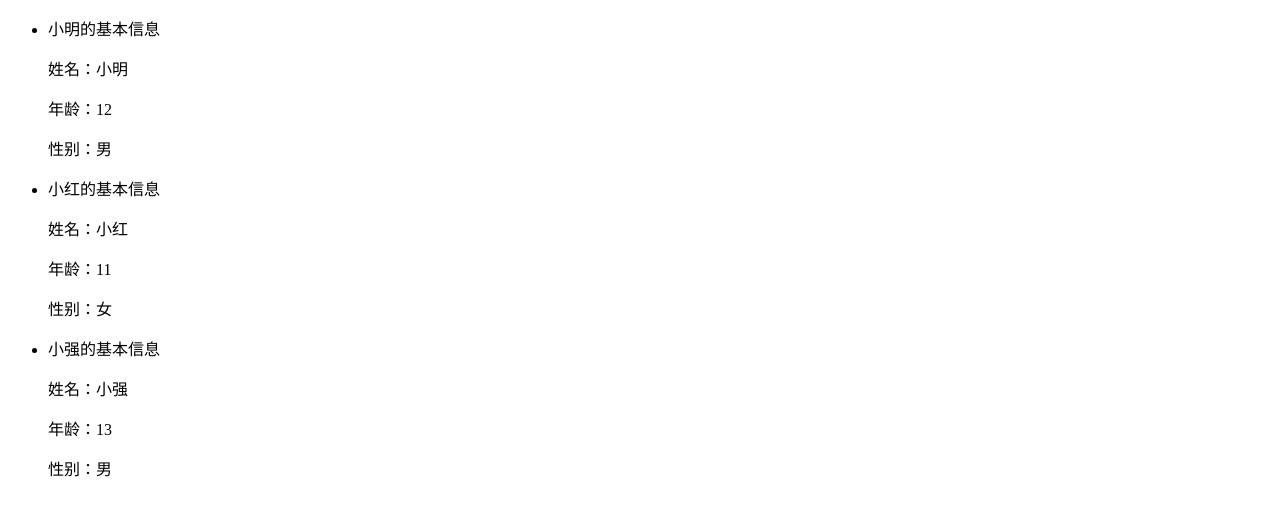
Repository: wanghuan19961020/Vue2.x-Study-Notes
Page: Vue2.x-mustache模板引擎/mustache-study/05_数据变为视图-mustache模板引擎-不循环.html
The author's editor kept a copy of each file at every save. The page is drawn from the files as they stood at one save, then again after the next save.
The browser window is 1280 px wide. The pictures show the whole page.

Above is the page before, as saved 2021-02-04 17:19:35.

### Vue2.x-mustache模板引擎/mustache-study/05_数据变为视图-mustache模板引擎-不循环.html
<!DOCTYPE html>
<html lang="en">

<head>
  <meta charset="UTF-8">
  <meta name="viewport" content="width=device-width, initial-scale=1.0">
  <title>05_数据变为视图-mustache模板引擎-不循环</title>
  <script src="./mustache.js"></script>
</head>

<body>
  <div id="container"></div>
  <h1></h1>
  <script>
    var templateStr = `
      <ul id="list">
        {{#arr}}
        <li>
          <div class="hd">{{name}}的基本信息</div>
          <div class="bd">
            <p>姓名：{{name}}</p>
            <p>年龄：{{age}}</p>
            <p>性别：{{sex}}</p>
          </div>
        </li>
        {{/arr}}
      </ul>
    `
    var data = {
      arr: [
        { name: '小明', age: 12, sex: '男' },
        { name: '小红', age: 11, sex: '女' },
        { name: '小强', age: 13, sex: '男' },
      ]
    }
    var domStr = Mustache.render(templateStr, data)
    var container = document.getElementById('container')
    container.innerHTML = domStr
  </script>

</body>

</html>

Loaded but not shown: Vue2.x-mustache模板引擎/mustache-study/mustache.js (872 lines, source omitted)

After the next save:
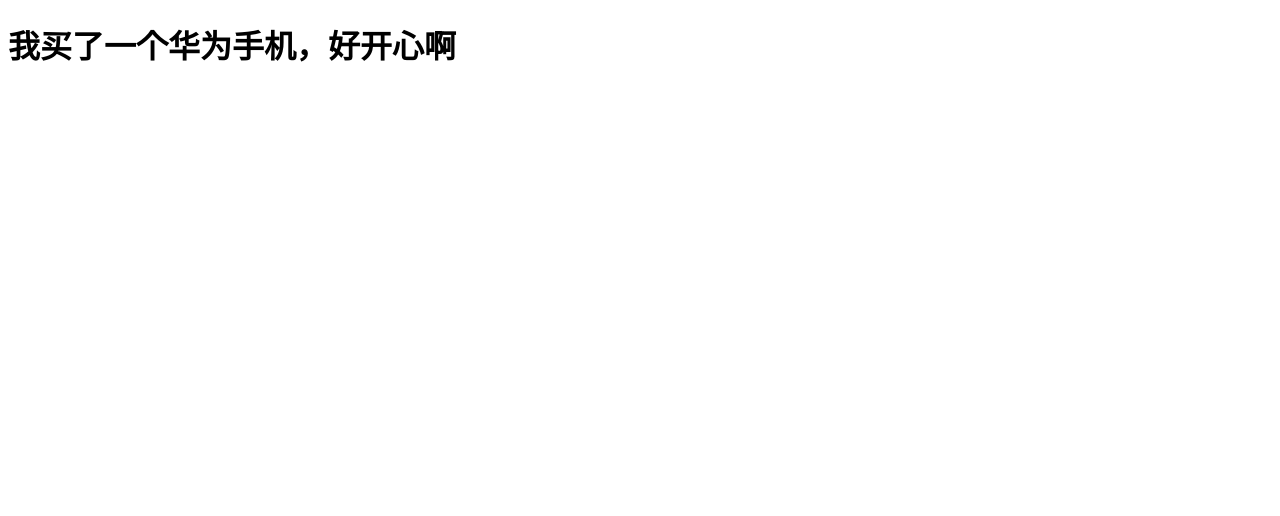
Saved 97 s later.
--- a/Vue2.x-mustache模板引擎/mustache-study/05_数据变为视图-mustache模板引擎-不循环.html
+++ b/Vue2.x-mustache模板引擎/mustache-study/05_数据变为视图-mustache模板引擎-不循环.html
@@ -13,25 +13,11 @@
   <h1></h1>
   <script>
     var templateStr = `
-      <ul id="list">
-        {{#arr}}
-        <li>
-          <div class="hd">{{name}}的基本信息</div>
-          <div class="bd">
-            <p>姓名：{{name}}</p>
-            <p>年龄：{{age}}</p>
-            <p>性别：{{sex}}</p>
-          </div>
-        </li>
-        {{/arr}}
-      </ul>
+      <h1>我买了一个{{thing}}，好{{mood}}啊</h1>
     `
     var data = {
-      arr: [
-        { name: '小明', age: 12, sex: '男' },
-        { name: '小红', age: 11, sex: '女' },
-        { name: '小强', age: 13, sex: '男' },
-      ]
+      thing: '华为手机',
+      mood: '开心'
     }
     var domStr = Mustache.render(templateStr, data)
     var container = document.getElementById('container')
